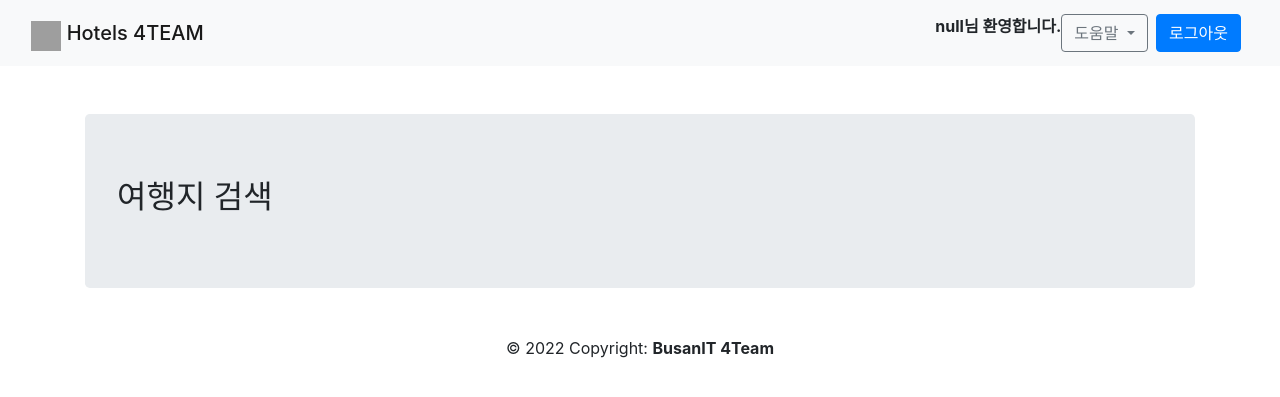
Repository: ShinKioh/Hotel_project
Page: http://localhost/HOTEL/home.jsp
An editor plug-in stored every save of this project. The page is shown before and after the next save, followed by the edit.
The browser window is 1280 px wide. The pictures show the whole page.
Pictures or frames that could not be fetched are drawn as grey boxes. The page is served by Tomcat 9.

Above is the page before, as saved 2022-02-18 01:42:52.

After the next save:
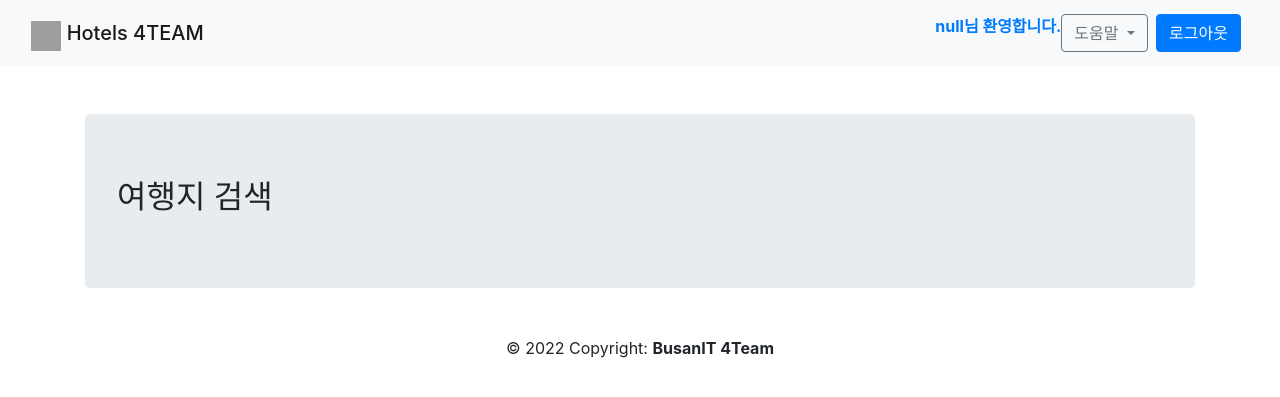
Saved 8 min 31 s later.
--- a/HOTEL/WebContent/home.jsp
+++ b/HOTEL/WebContent/home.jsp
@@ -23,7 +23,9 @@
 					class="navbar-brand mb-0 h1">Hotels 4TEAM</span>
 				</a>
 				<div class="d-flex justify-content-end">
+				<a class="align-center">
 				<b><%=session.getAttribute("id") %>님 환영합니다.</b>
+				</a>
 					<div class="dropdown mr-2">
 						<a class="btn btn-outline-secondary dropdown-toggle" href="#"
 							role="button" id="dropdownMenuLink" data-toggle="dropdown"

After the 2 saves that followed:
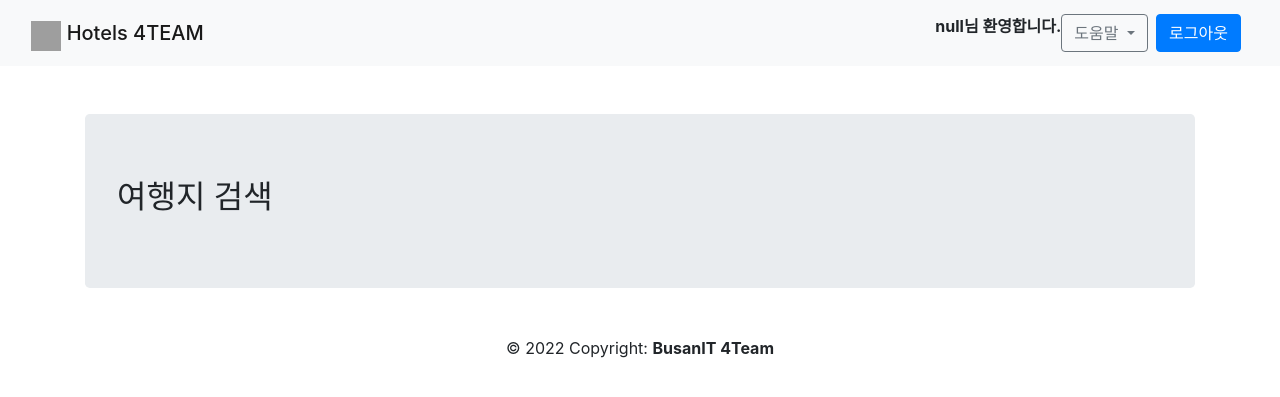
The 2 saves are shown as one change because 1 left the picture as it was.
The last was saved 39 s later.
--- a/HOTEL/WebContent/home.jsp
+++ b/HOTEL/WebContent/home.jsp
@@ -23,9 +23,9 @@
 					class="navbar-brand mb-0 h1">Hotels 4TEAM</span>
 				</a>
 				<div class="d-flex justify-content-end">
-				<a class="align-center">
+
 				<b><%=session.getAttribute("id") %>님 환영합니다.</b>
-				</a>
+
 					<div class="dropdown mr-2">
 						<a class="btn btn-outline-secondary dropdown-toggle" href="#"
 							role="button" id="dropdownMenuLink" data-toggle="dropdown"
